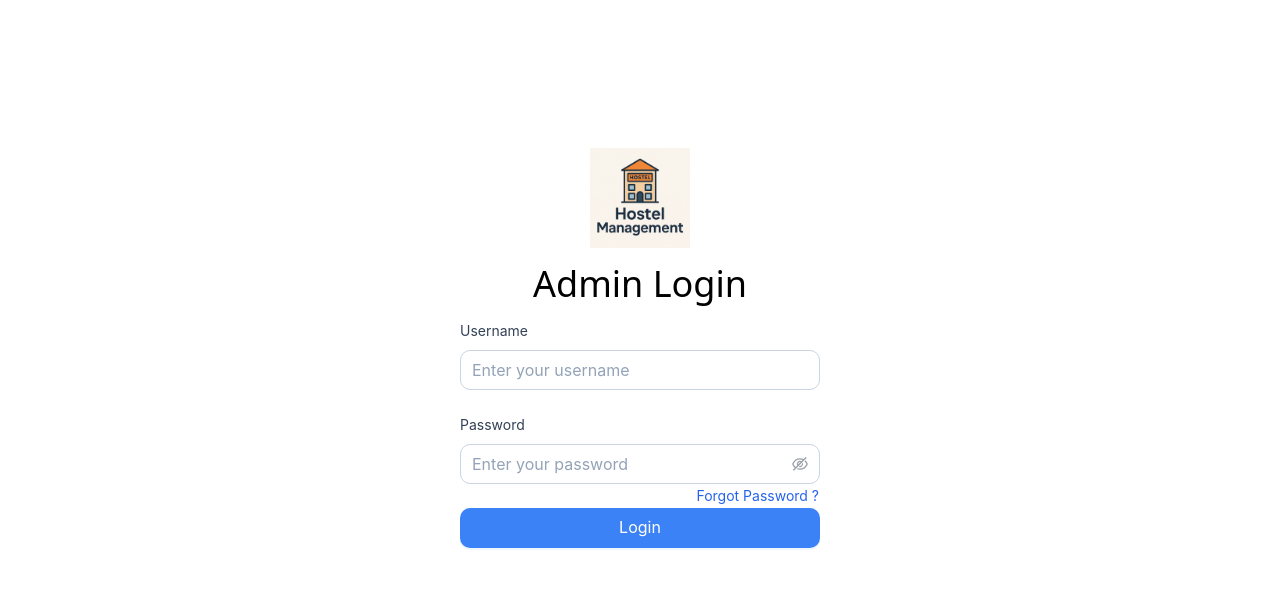
Repository: sujal984/Hostel-Management-System
Page: /Admin/accepted-applications (app in frontend/)
These files come from the project's save history. The page is drawn as it stood at one moment and after the next save; the edit follows.
The browser window is 1280 px wide. The pictures show the whole page.
The project was rebuilt for these pictures with package versions that can differ from the ones it lists, and the page was loaded fresh each time. Also part of the build but not shown: frontend/vite.config.js, frontend/src/components/Acceptedapplication.jsx, frontend/src/components/AdminDashboard.jsx, frontend/src/components/StepForms.jsx, frontend/src/components/ApplicationForm.jsx, frontend/src/components/TrackStatus.jsx, frontend/src/components/Temporary.jsx, frontend/src/components/ApplicationDetail.jsx and 2 more.

Above is the page before, as saved 2025-08-02 17:26:30.

After the next save:
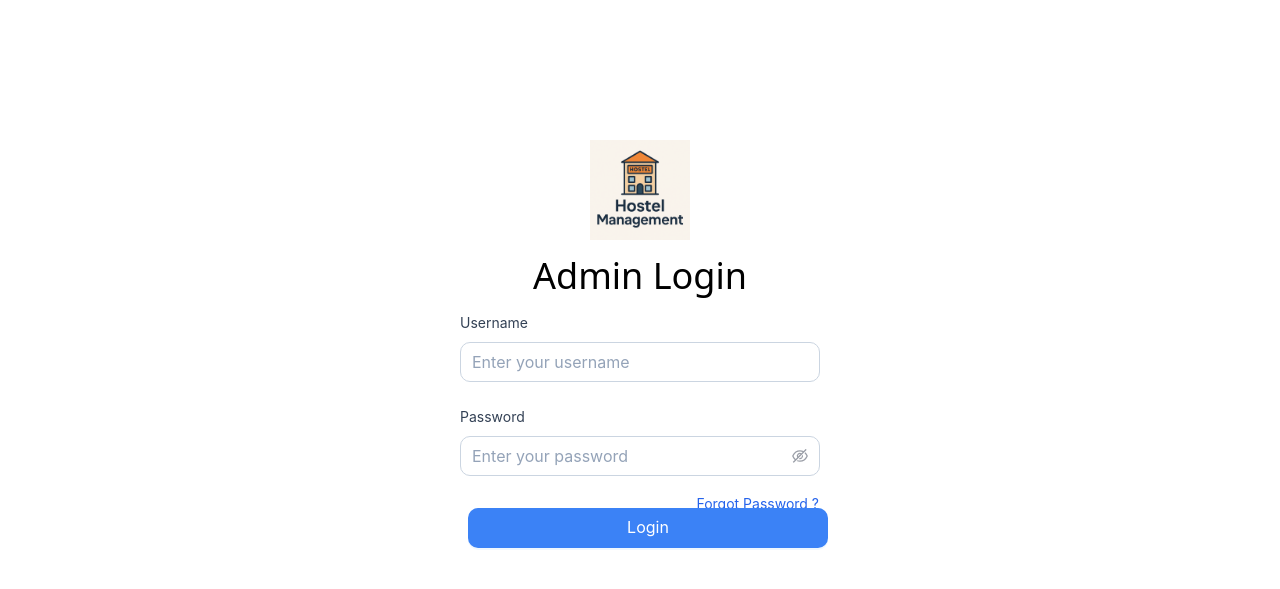
Saved 5 s later.
--- a/frontend/src/components/AdminLogin.jsx
+++ b/frontend/src/components/AdminLogin.jsx
@@ -112,7 +112,7 @@ function AdminLogin() {
                     htmlType="submit"
                     type="primary"
                     size="large"
-                    className="!w-full m-2"
+                    className="!w-full !m-2"
                   >
                     Login
                   </Button>
